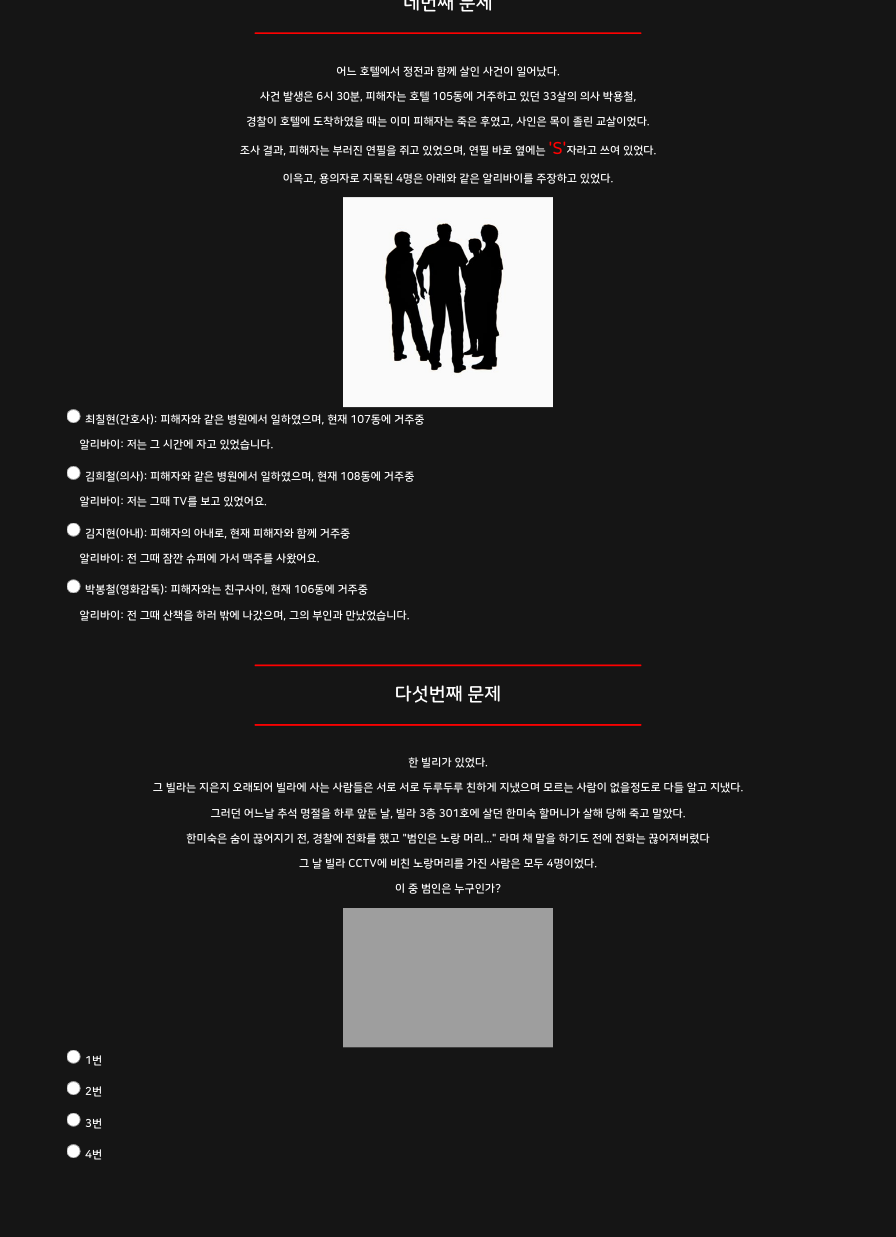
Repository: minkyung0421/Event_Project
Page: http://localhost/Event/letter.jsp
The author's editor kept a copy of each file at every save. The page is drawn from the files as they stood at one save, then again after the next save.
The browser window is 1280 px wide. The pictures show the part of the page from y = 2121 to 4041 px (the page is 3888 px tall before and 4041 px after), at 70% of full size.
Pictures or frames that could not be fetched are drawn as grey boxes. The page is served by Tomcat 9.

Above is the page before, as saved 2018-09-04 18:19:06.

After the next save:
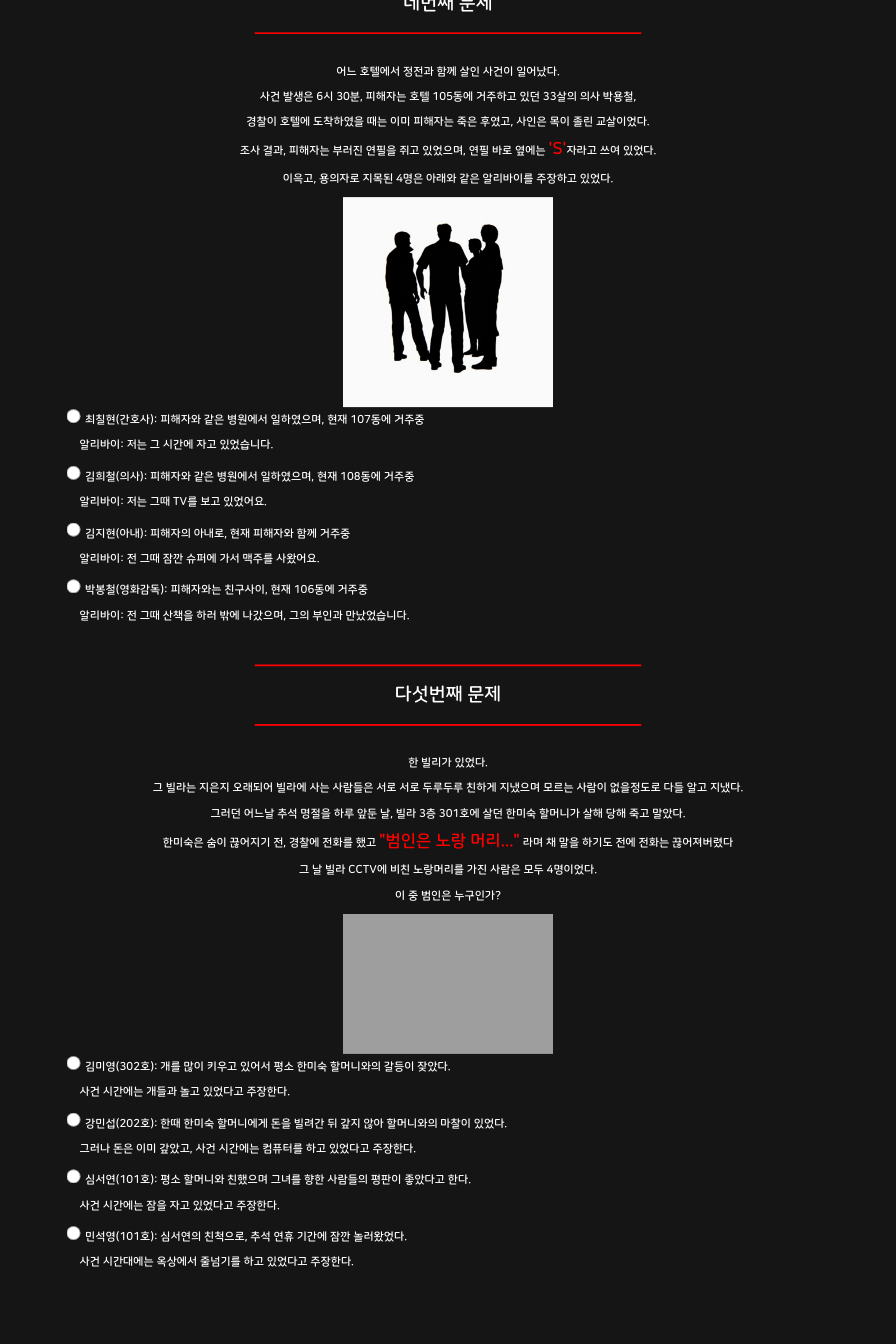
Saved 4 min 30 s later.
--- a/Event_Project/Event/WebContent/letter.jsp
+++ b/Event_Project/Event/WebContent/letter.jsp
@@ -121,15 +121,15 @@ body{
 한 빌리가 있었다.<br><br>
 그 빌라는 지은지 오래되어 빌라에 사는 사람들은 서로 서로 두루두루 친하게 지냈으며 모르는 사람이 없을정도로 다들 알고 지냈다.<br><br>
 그러던 어느날 추석 명절을 하루 앞둔 날, 빌라 3층 301호에 살던 한미숙 할머니가 살해 당해 죽고 말았다.<br><br>
-한미숙은 숨이 끊어지기 전, 경찰에 전화를 했고 "범인은 노랑 머리..." 라며 채 말을 하기도 전에 전화는 끊어져버렸다<br><br>
+한미숙은 숨이 끊어지기 전, 경찰에 전화를 했고 <font size="5pt" color="red">"범인은 노랑 머리..."</font> 라며 채 말을 하기도 전에 전화는 끊어져버렸다<br><br>
 그 날 빌라 CCTV에 비친 노랑머리를 가진 사람은 모두 4명이었다.<br><br>
 이 중 범인은 누구인가?<br><br>
 <img src = "https://png.pngtree.com/element_origin_min_pic/16/11/03/8c8a8584a7ba833291c26cad8b6feaea.jpg" width=300px height="200px">
 </center>
-	<label><input type = "radio" name = "l_quiz5" value = "1" style="width:20px;height:20px;"> 1번</label><br><br>
-	<label><input type = "radio" name = "l_quiz5" value = "2" style="width:20px;height:20px;"> 2번</label><br><br>
-	<label><input type = "radio" name = "l_quiz5" value = "3" style="width:20px;height:20px;"> 3번</label><br><br>
-	<label><input type = "radio" name = "l_quiz5" value = "4" style="width:20px;height:20px;"> 4번</label><br><br>
+	<label><input type = "radio" name = "l_quiz5" value = "1" style="width:20px;height:20px;"> 김미영(302호): 개를 많이 키우고 있어서 평소 한미숙 할머니와의 갈등이 잦았다.<br><br>&nbsp;&nbsp;&nbsp;&nbsp;&nbsp;&nbsp;사건 시간에는 개들과 놀고 있었다고 주장한다.</label><br><br>
+	<label><input type = "radio" name = "l_quiz5" value = "2" style="width:20px;height:20px;"> 강민섭(202호): 한때 한미숙 할머니에게 돈을 빌려간 뒤 갚지 않아 할머니와의 마찰이 있었다.<br><br>&nbsp;&nbsp;&nbsp;&nbsp;&nbsp;&nbsp;그러나 돈은 이미 갚았고, 사건 시간에는 컴퓨터를 하고 있었다고 주장한다.</label><br><br>
+	<label><input type = "radio" name = "l_quiz5" value = "3" style="width:20px;height:20px;"> 심서연(101호): 평소 할머니와 친했으며 그녀를 향한 사람들의 평판이 좋았다고 한다.<br><br>&nbsp;&nbsp;&nbsp;&nbsp;&nbsp;&nbsp;사건 시간에는 잠을 자고 있었다고 주장한다.</label><br><br>
+	<label><input type = "radio" name = "l_quiz5" value = "4" style="width:20px;height:20px;"> 민석영(101호): 심서연의 친척으로, 추석 연휴 기간에 잠깐 놀러왔었다.<br><br>&nbsp;&nbsp;&nbsp;&nbsp;&nbsp;&nbsp;사건 시간대에는 옥상에서 줄넘기를 하고 있었다고 주장한다.</label><br><br>
 </form>
 </body>
 </html>
